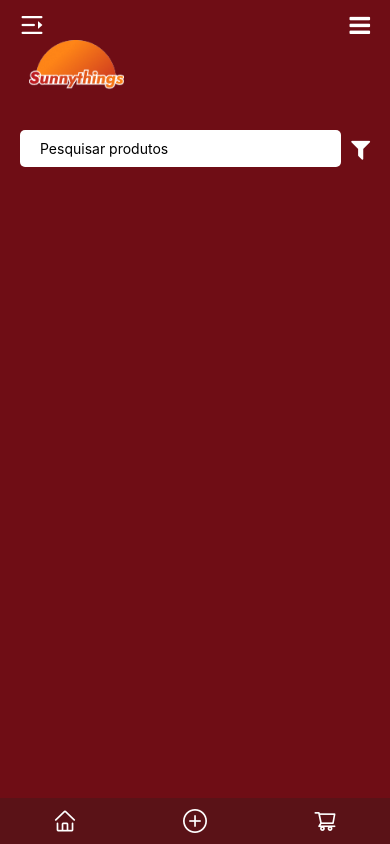
Repository: Luizzzin/SuperMercado
Screen: / (app in suny/)
The author's editor kept a copy of each file at every save. The screen is drawn from the files as they stood at one save, then again after the next save.
The app was drawn by React Native's web renderer in a window 390 px wide. The project was rebuilt for these pictures with package versions that can differ from the ones it lists, and the page was loaded fresh each time.

Above is the screen before, as saved 2024-05-09 11:29:32.

### suny/App.js
import React from 'react';
import { NavigationContainer } from '@react-navigation/native';
import { createStackNavigator } from '@react-navigation/stack';
import Routes from './routes'; // Importe o componente Routes

const Stack = createStackNavigator();

const App = () => {
  return <Routes />;
}

export default App;

### suny/routes.js
import React from 'react';
import { NavigationContainer } from '@react-navigation/native';
import { createStackNavigator } from '@react-navigation/stack';
import HomeScreen from './HomeScreen'; // Importe o componente HomeScreen

const Stack = createStackNavigator();

const Routes = () => {
  return (
    <NavigationContainer>
      <HomeScreen />
    </NavigationContainer>
  );
}

export default Routes;

### suny/HomeScreen.js
import React from 'react';
import { View, Text, StyleSheet, TouchableOpacity, TextInput, Image, ScrollView } from 'react-native';
import { AntDesign, FontAwesome } from '@expo/vector-icons'; // Certifique-se de instalar o pacote expo-vector-icons

const HomeScreen = () => {
  return (
    <View style={styles.container}>
      {/* Header */}
      <View style={styles.header}>
        <TouchableOpacity onPress={() => console.log("Menu clicked")}>
          <AntDesign name="menu-fold" size={24} color="white" />
        </TouchableOpacity>
        <Image source={require('./path/to/your/logo.png')} style={styles.logo} />
        <TouchableOpacity onPress={() => console.log("Hamburger clicked")}>
          <FontAwesome name="bars" size={24} color="white" />
        </TouchableOpacity>
      </View>

      {/* Search Bar */}
      <View style={styles.searchBar}>
        <TextInput
          style={styles.input}
          placeholder="Pesquisar produtos"
        />
        <TouchableOpacity onPress={() => console.log("Filter clicked")}>
          <FontAwesome name="filter" size={24} color="white" />
        </TouchableOpacity>
      </View>

      {/* Category Carousel */}
      <ScrollView horizontal style={styles.carousel}>
        {/* Render your 7 category images here */}
      </ScrollView>

      {/* Product Cards */}
      <ScrollView style={styles.productContainer}>
        {/* Render your product cards here */}
      </ScrollView>

      {/* Tab Bar */}
      <View style={styles.tabBar}>
        <TouchableOpacity onPress={() => console.log("Home clicked")} style={styles.tabItem}>
          <AntDesign name="home" size={24} color="white" />
        </TouchableOpacity>
        <TouchableOpacity onPress={() => console.log("Add clicked")} style={styles.tabItem}>
          <AntDesign name="pluscircleo" size={24} color="white" />
        </TouchableOpacity>
        <TouchableOpacity onPress={() => console.log("Cart clicked")} style={styles.tabItem}>
          <AntDesign name="shoppingcart" size={24} color="white" />
        </TouchableOpacity>
      </View>
    </View>
  );
}

const styles = StyleSheet.create({
  container: {
    flex: 1,
    backgroundColor: '#6F0D15',
  },
  header: {
    flexDirection: 'row',
    justifyContent: 'space-between',
    alignItems: 'center',
    paddingHorizontal: 20,
    paddingTop: 0,
  },
  logo: {
    width: 95,
    height: 50,
    right: 120,
    top: 40,
  },
  searchBar: {
    flexDirection: 'row',
    alignItems: 'center',
    paddingHorizontal: 20,
    marginTop: 80,
  },
  input: {
    flex: 1,
    backgroundColor: 'white',
    borderRadius: 5,
    paddingVertical: 10,
    paddingHorizontal: 20,
    marginRight: 10,
  },
  carousel: {
    marginTop: 20,
    paddingHorizontal: 20,
    marginBottom: 20,
  },
  productContainer: {
    paddingHorizontal: 20,
  },
  tabBar: {
    flexDirection: 'row',
    justifyContent: 'space-around',
    backgroundColor: '#5A1217',
    paddingVertical: 10,
  },
  tabItem: {
    flex: 1,
    alignItems: 'center',
  },
});

export default HomeScreen;

After the next save:
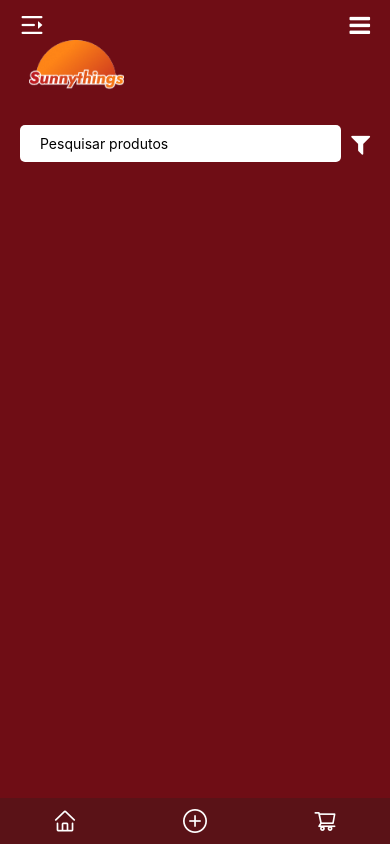
Saved 8 s later.
--- a/suny/HomeScreen.js
+++ b/suny/HomeScreen.js
@@ -75,7 +75,7 @@
     flexDirection: 'row',
     alignItems: 'center',
     paddingHorizontal: 20,
-    marginTop: 80,
+    marginTop: 75,
   },
   input: {
     flex: 1,
